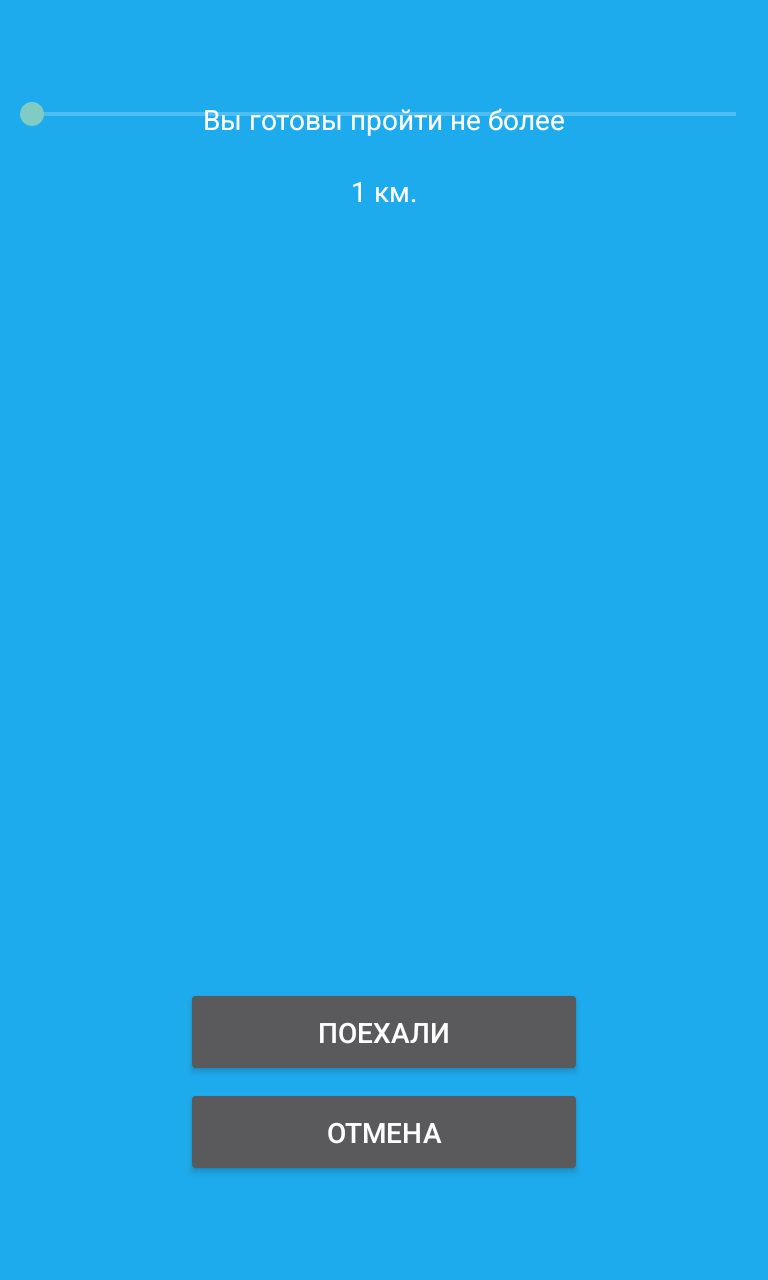
Repository: spacesoldier/MileSharing_old
Layout: MileSharing/res/layout/fragment_pdcontent.xml
An editor plug-in stored every save of this project. The layout is shown before and after the next save, followed by the edit.
It is drawn on a 768 x 1280 px phone screen (xhdpi) without system bars, with theme Theme.AppCompat; the app's code is not run.

Above is the layout before, as saved 2014-05-19 19:58:02.

After the next save:
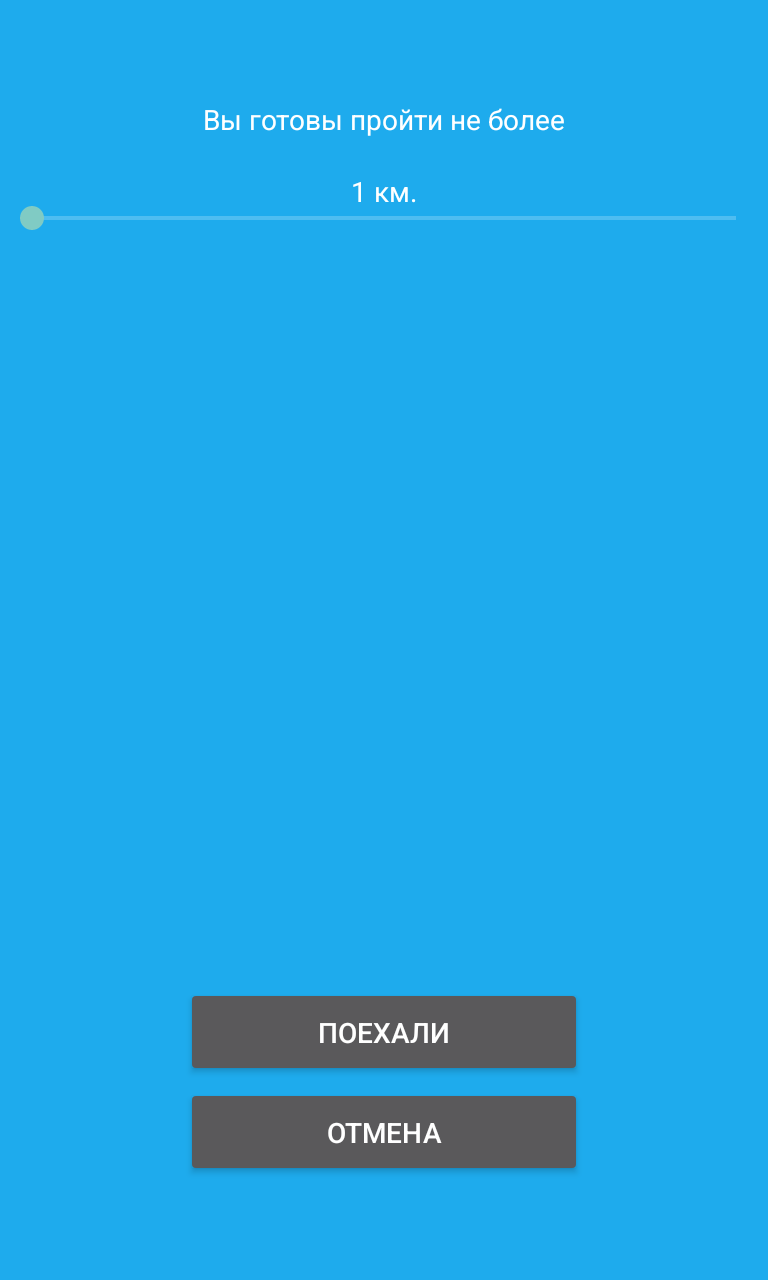
Saved 15 s later.
--- a/MileSharing/res/layout/fragment_pdcontent.xml
+++ b/MileSharing/res/layout/fragment_pdcontent.xml
@@ -33,7 +33,7 @@
         android:layout_height="wrap_content"
         android:layout_alignParentLeft="true"
         android:layout_below="@+id/textView1"
-        android:layout_marginTop="48dp" />
+        android:layout_marginTop="100dp" />
 
     <TextView
         android:id="@+id/textMeters"
